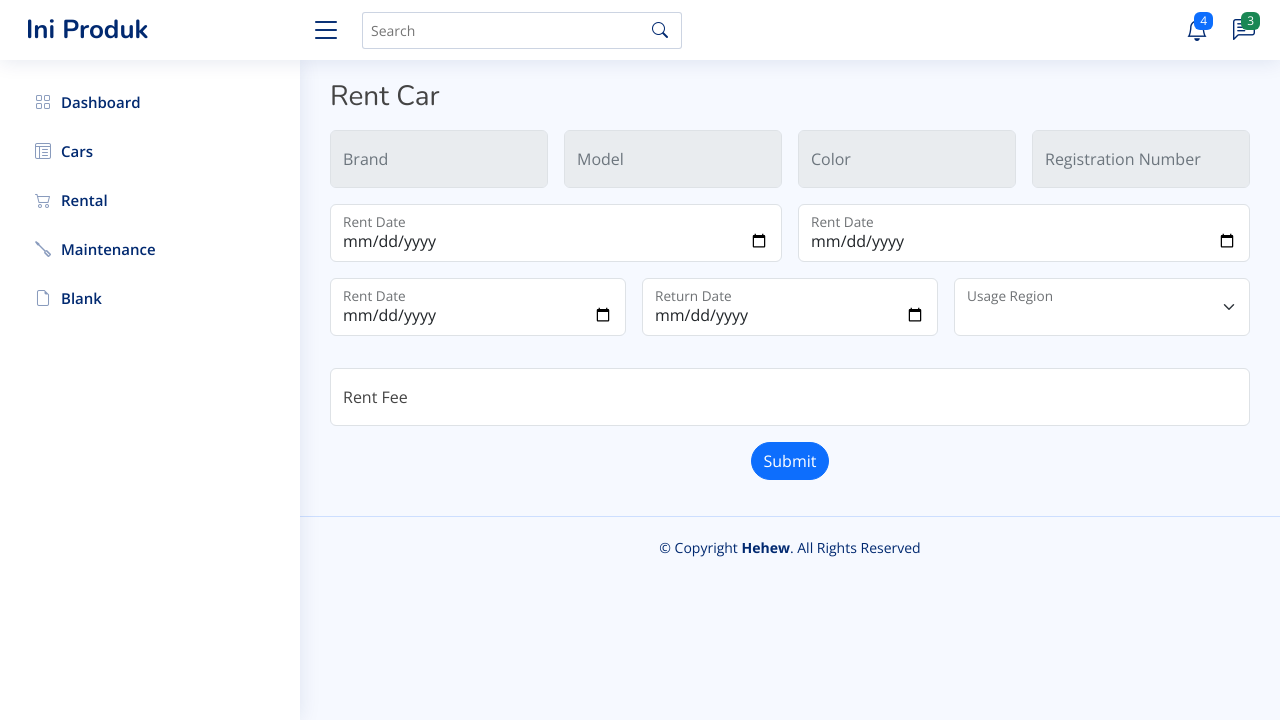
Repository: Jistoper/car_rental
Page: resources/views/backsite/content/rent/createrent.blade.php
An editor plug-in stored every save of this project. The page is shown before and after the next save, followed by the edit.
The browser window is 1280 px wide. The pictures show the whole page.
The page is served by the project's Laravel application, run on PHP 8.4 with Laravel 9. The template is opened directly, without the code that normally fills it, so the values that code supplies are empty.

Above is the page before, as saved 2023-06-26 20:18:20.

After the next save:
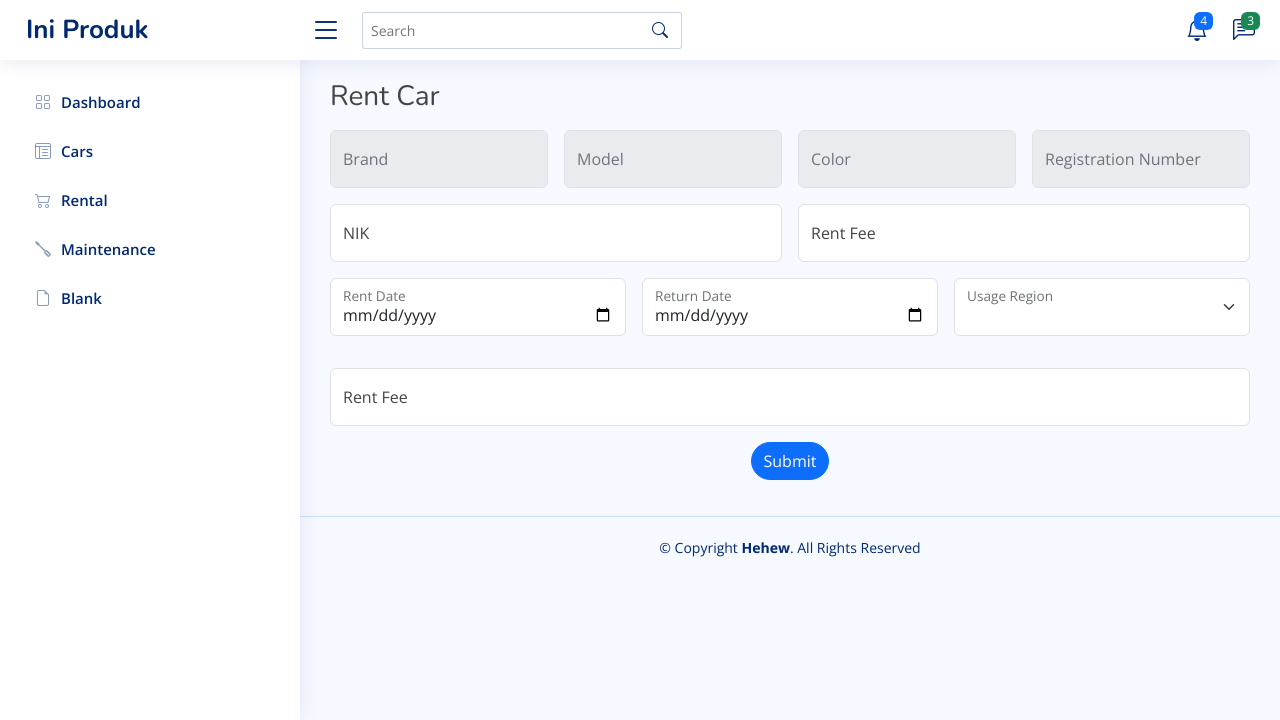
Saved 3 min 29 s later.
--- a/resources/views/backsite/content/rent/createrent.blade.php
+++ b/resources/views/backsite/content/rent/createrent.blade.php
@@ -37,14 +37,14 @@
         </div>
         <div class="col-md-6">
             <div class="form-floating">
-                <input type="date" name="rent_date" id="rent_date" class="form-control" placeholder="Rent Date">
-                <label for="rent_date">Rent Date</label>
+                <input type="text" name="nik" id="nik" class="form-control @error('nik') border-red-500 @enderror" placeholder="NIK">
+                <label for="nik">NIK</label>
             </div>
         </div>
         <div class="col-md-6">
             <div class="form-floating">
-                <input type="date" name="rent_date" id="rent_date" class="form-control" placeholder="Rent Date">
-                <label for="rent_date">Rent Date</label>
+                <input type="text" name="nama" id="nama" class="form-control @error('nama') border-red-500 @enderror" placeholder="Nama">
+                <label for="nama">Rent Fee</label>
             </div>
         </div>
         <div class="col-md-4">
